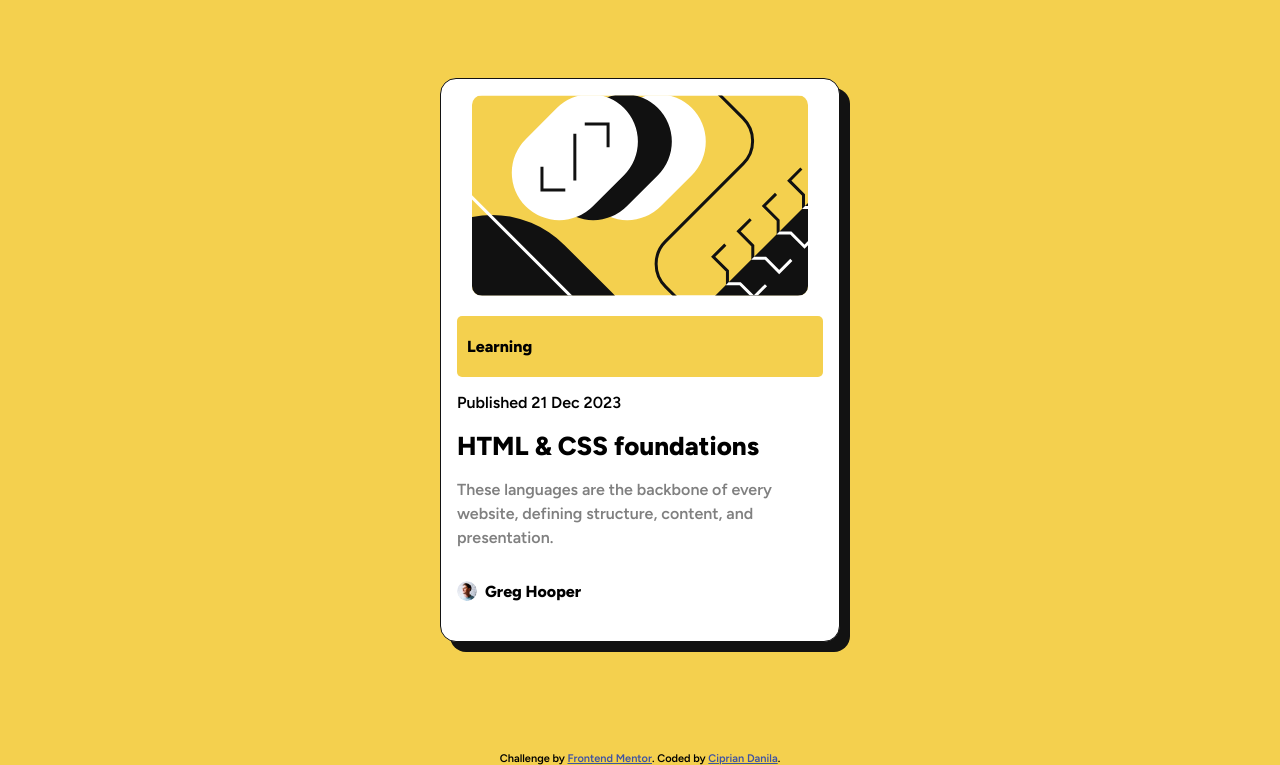
Repository: cipdanila/blog-preview-card
Page: index.html
These files come from the project's save history. The page is drawn as it stood at one moment and after the next save; the edit follows.
The browser window is 1280 px wide. The pictures show the whole page.

Above is the page before, as saved 2024-01-28 14:32:45.

After the next save:
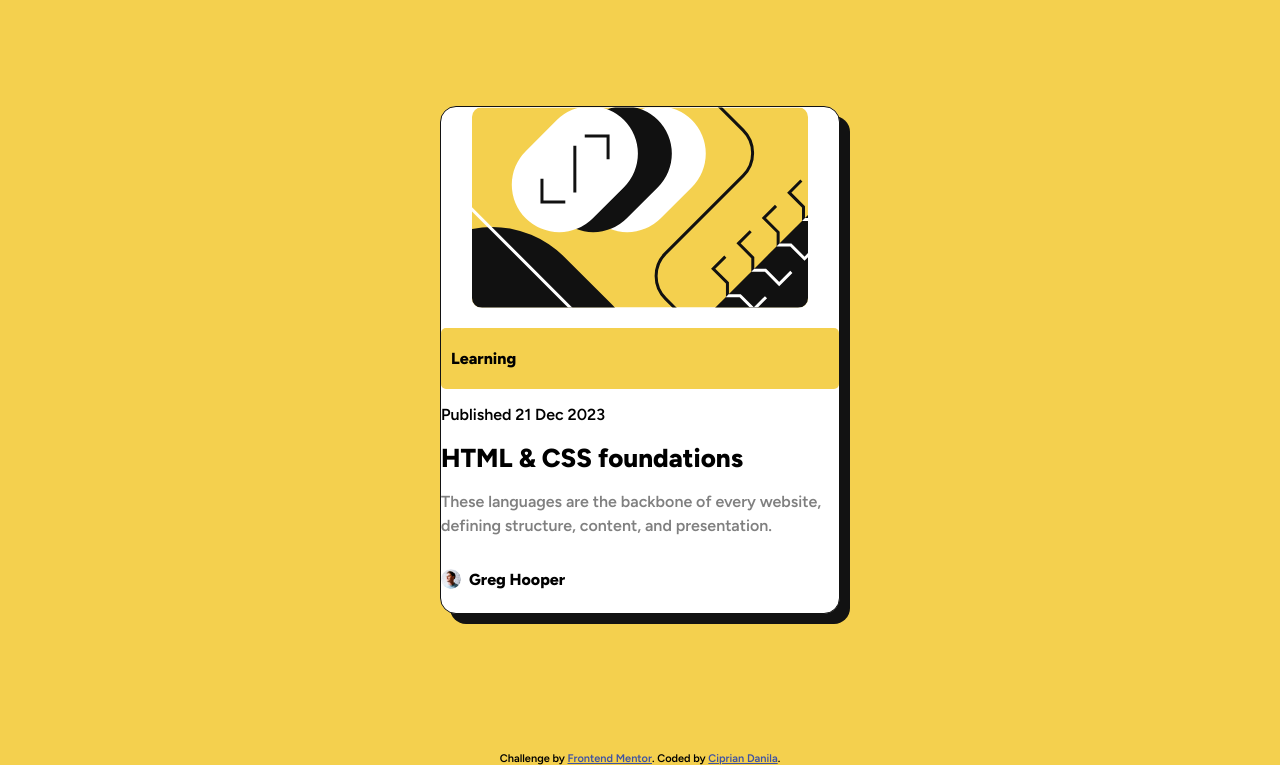
Saved 32 s later.
--- a/style.css
+++ b/style.css
@@ -41,7 +41,7 @@
     display: flex;
     flex-direction: column;
     align-items: center;
-    padding: 1rem;
+    /* padding: 1rem; */
 }
 
 .image-card {

After the save that followed:
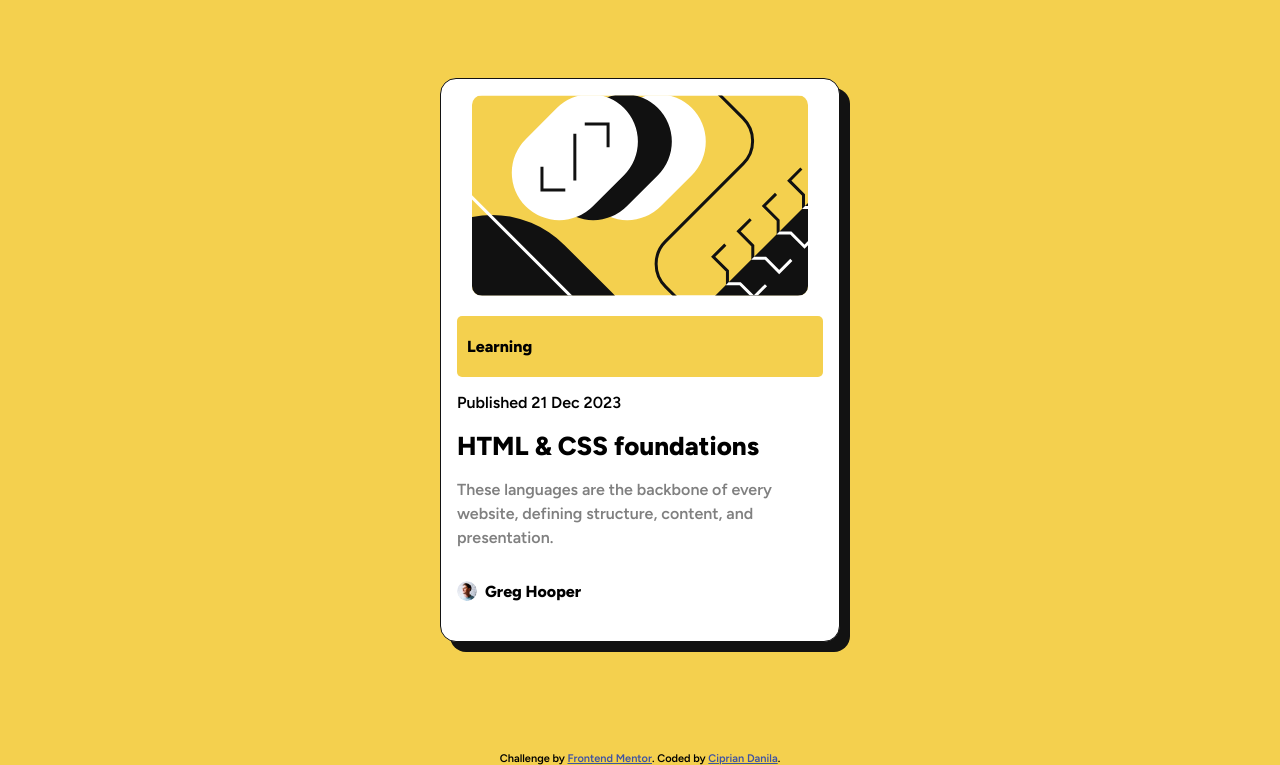
Saved 11 s later.
--- a/style.css
+++ b/style.css
@@ -41,7 +41,7 @@
     display: flex;
     flex-direction: column;
     align-items: center;
-    /* padding: 1rem; */
+    padding: 1rem;
 }
 
 .image-card {
